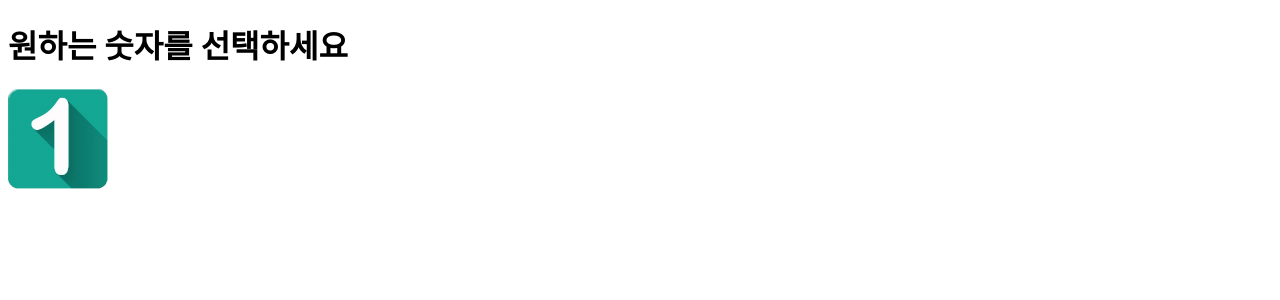
Repository: shashak23/spring_workspace
Page: springweb/src/main/webapp/resources/sample06/lottoForm.html
An editor plug-in stored every save of this project. The page is shown before and after the next save, followed by the edit.
The browser window is 1280 px wide. The pictures show the whole page.

Above is the page before, as saved 2023-02-28 00:19:42.

After the next save:
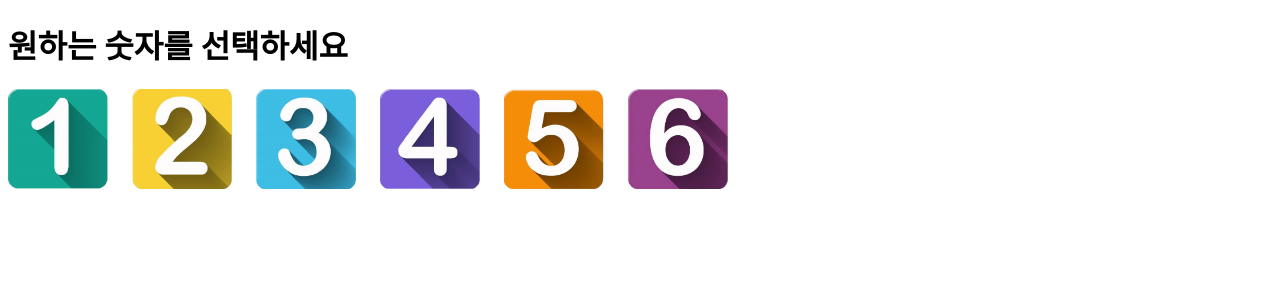
Saved 4 min 54 s later.
--- a/springweb/src/main/webapp/resources/sample06/lottoForm.html
+++ b/springweb/src/main/webapp/resources/sample06/lottoForm.html
@@ -32,7 +32,22 @@ img {
 <body>
 	<h1>원하는 숫자를 선택하세요 </h1>
 		<div>
-			<a href=""><img src="../imgs/1.png"></a>
+			<a href="/springweb/Lotto?LottoNum=1"><img src="../imgs/1.png"></a>
+		</div>
+		<div>
+			<a href="/springweb/Lotto?LottoNum=2"><img src="../imgs/2.png"></a>
+		</div>
+		<div>
+			<a href="/springweb/Lotto?LottoNum=3"><img src="../imgs/3.png"></a>
+		</div>
+		<div>
+			<a href="/springweb/Lotto?LottoNum=4"><img src="../imgs/4.png"></a>
+		</div>
+		<div>
+			<a href="/springweb/Lotto?LottoNum=5"><img src="../imgs/5.png"></a>
+		</div>
+		<div>
+			<a href="/springweb/Lotto?LottoNum=6"><img src="../imgs/6.png"></a>
 		</div>
 
 </body>
